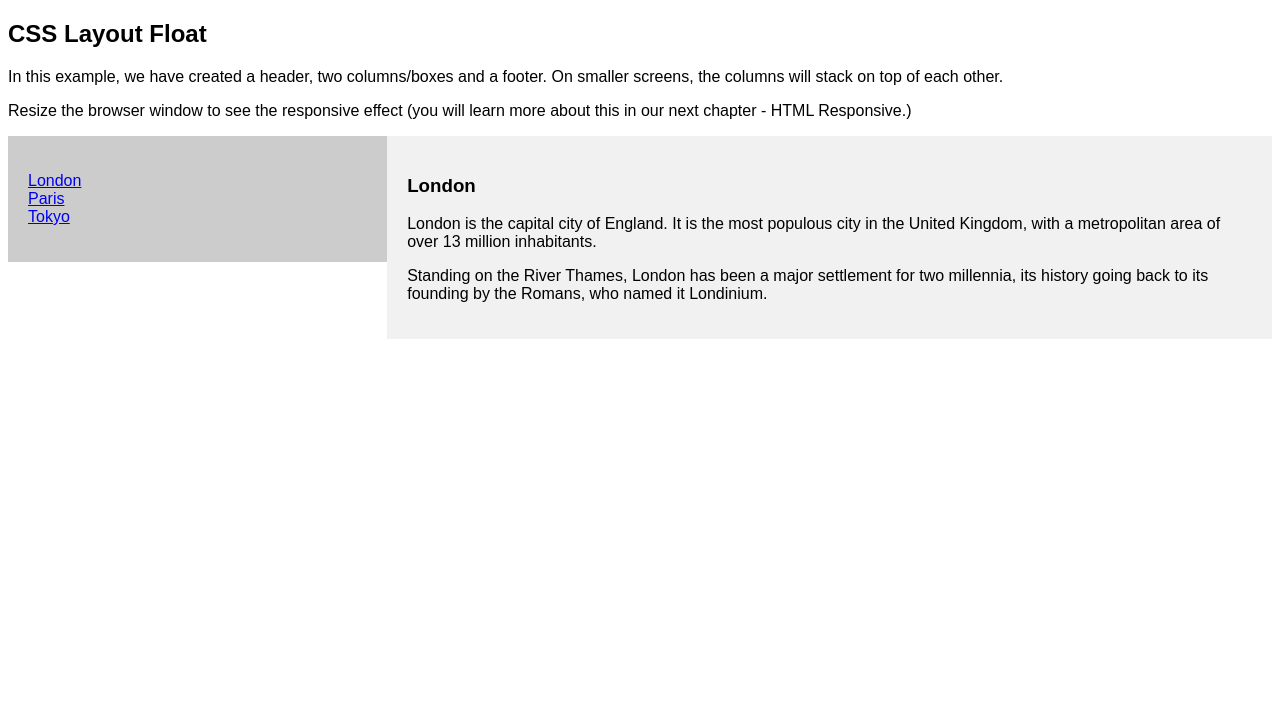
Repository: sandunigayanjali/Library_System
Page: http://localhost/library_management/bookProfille.jsp
The author's editor kept a copy of each file at every save. The page is drawn from the files as they stood at one save, then again after the next save.
The browser window is 1280 px wide. The pictures show the whole page.
The page is served by Tomcat 9.

Above is the page before, as saved 2018-11-24 10:49:21.

### library management/WebContent/bookProfille.jsp
<%@ page language="java" contentType="text/html; charset=ISO-8859-1"
    pageEncoding="ISO-8859-1"%>
<!DOCTYPE html PUBLIC "-//W3C//DTD HTML 4.01 Transitional//EN" "http://www.w3.org/TR/html4/loose.dtd">
<html>
<head>
<meta http-equiv="Content-Type" content="text/html; charset=ISO-8859-1">
<meta charset="utf-8">
<meta name="viewport" content="width=device-width, initial-scale=1">
<title>Insert title here</title>

<style>
* {
    box-sizing: border-box;
}

body {
    font-family: Arial, Helvetica, sans-serif;
}

/* Style the header */
header {
    background-color: #666;
    padding: 30px;
    text-align: center;
    font-size: 35px;
    color: white;
}

/* Create two columns/boxes that floats next to each other */
nav {
    float: left;
    width: 30%;
    height: 100%; /* only for demonstration, should be removed */
    background: #ccc;
    padding: 20px;
}

/* Style the list inside the menu */
nav ul {
    list-style-type: none;
    padding: 0;
}

article {
    float: left;
    padding: 20px;
    width: 70%;
    background-color: #f1f1f1;
    height: 100%; /* only for demonstration, should be removed */
}

/* Clear floats after the columns */
section:after {
    content: "";
    display: table;
    clear: both;
}



/* Responsive layout - makes the two columns/boxes stack on top of each other instead of next to each other, on small screens */
@media (max-width: 600px) {
    nav, article {
        width: 100%;
        height: 100%;
    }
}
</style>


</head>
<body>

<h2>CSS Layout Float</h2>
<p>In this example, we have created a header, two columns/boxes and a footer. On smaller screens, the columns will stack on top of each other.</p>
<p>Resize the browser window to see the responsive effect (you will learn more about this in our next chapter - HTML Responsive.)</p>


<section>
  <nav>
    <ul>
      <li><a href="#">London</a></li>
      <li><a href="#">Paris</a></li>
      <li><a href="#">Tokyo</a></li>
    </ul>
  </nav>

  <article>
    <h1>London</h1>
    <p>London is the capital city of England. It is the most populous city in the  United Kingdom, with a metropolitan area of over 13 million inhabitants.</p>
    <p>Standing on the River Thames, London has been a major settlement for two millennia, its history going back to its founding by the Romans, who named it Londinium.</p>
  </article>
</section>

</body>
</html>

After the next save:
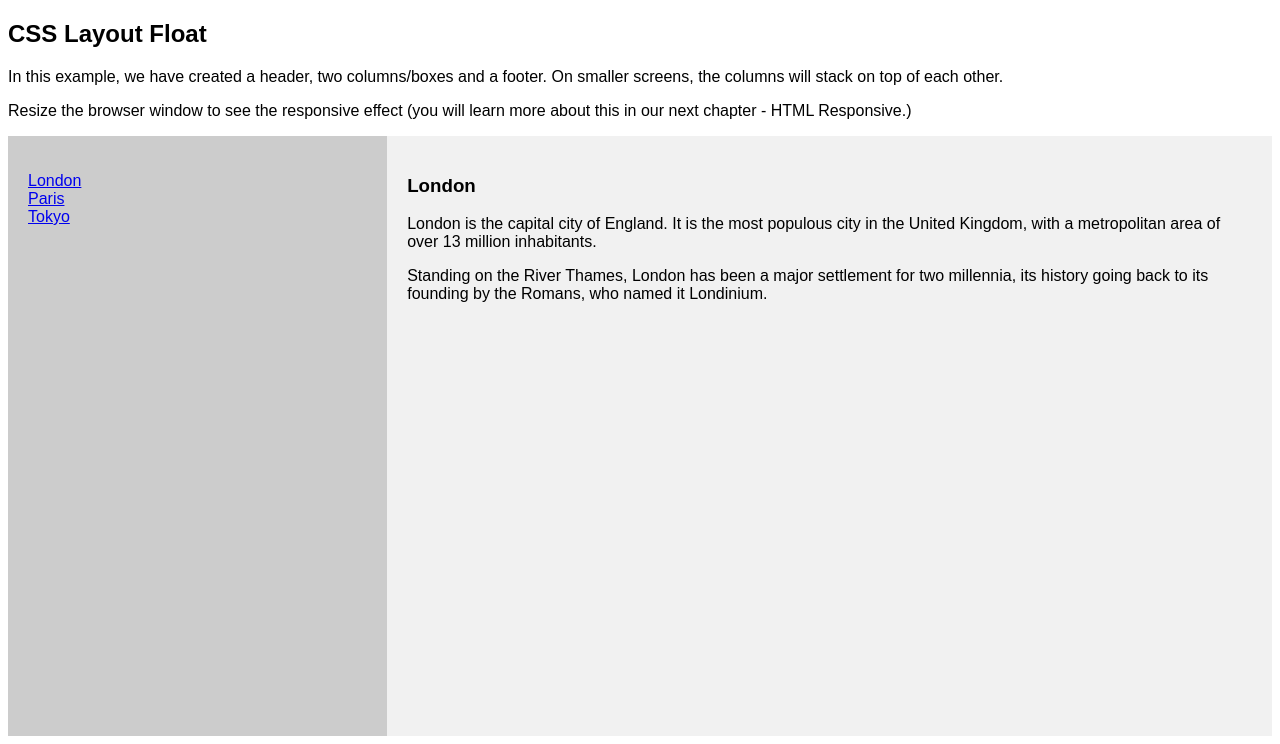
Saved 95 s later.
--- a/library management/WebContent/bookProfille.jsp
+++ b/library management/WebContent/bookProfille.jsp
@@ -30,7 +30,7 @@ header {
 nav {
     float: left;
     width: 30%;
-    height: 100%; /* only for demonstration, should be removed */
+    height: 600px; /* only for demonstration, should be removed */
     background: #ccc;
     padding: 20px;
 }
@@ -46,7 +46,7 @@ article {
     padding: 20px;
     width: 70%;
     background-color: #f1f1f1;
-    height: 100%; /* only for demonstration, should be removed */
+    height: 600px; /* only for demonstration, should be removed */
 }
 
 /* Clear floats after the columns */
